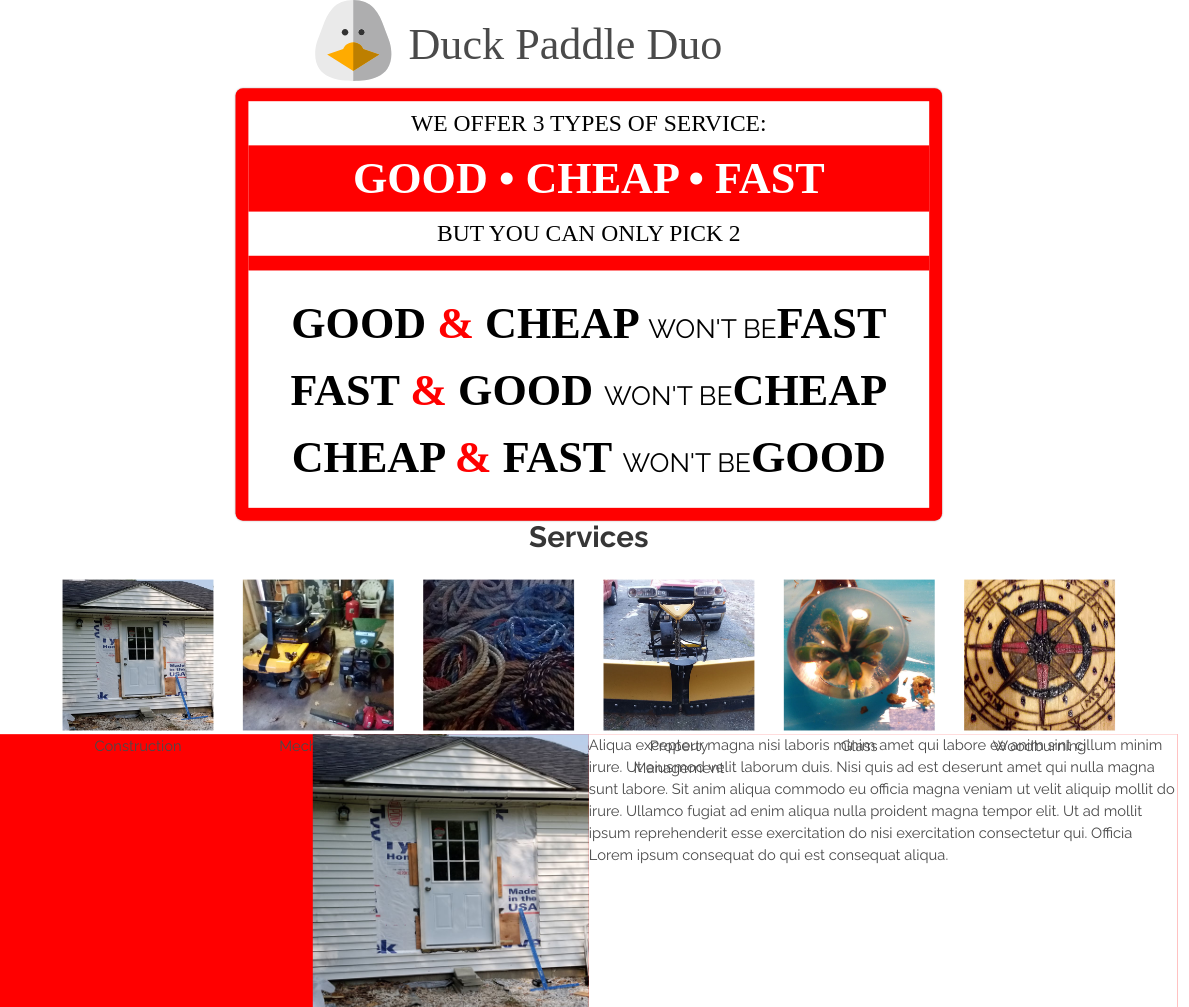
Repository: toddmcbrearty/duckpaddleduo
Page: /
These files come from the project's save history. The page is drawn as it stood at one moment and after the next save; the edit follows.
The browser window is 1280 px wide. The page is 1292 px wide, then 1280 px, so the pictures cover 1292 px, including what lies to the right of the window. The pictures show the whole page, at 92% of full size.
Some web fonts or font styles are not loaded; a fallback is used. The project was rebuilt for these pictures with package versions that can differ from the ones it lists, and the page was loaded fresh each time.

Above is the page before, as saved 2018-12-11 14:53:12.

### index.html
<!DOCTYPE html>
<html>
  <head>
    <meta charset="utf-8">
    <meta name="viewport" content="width=device-width,initial-scale=1.0">
    <title>duckpaddleduo</title>
  </head>
  <body>
    <div id="app"></div>
    <!-- built files will be auto injected -->
  </body>
</html>

### src/App.vue
<template>
  <div>
    <logo/>
    <call-board/>
    <services/>
    <hero-section section="construction"/>
  </div>
</template>

<script>
import CallBoard from "./components/CallBoard";
import Logo from "./components/Logo";
import Services from "./components/Services";
import HeroSection from "./components/HeroSection";

export default {
  name: "App",

  components: { CallBoard, Logo, Services, HeroSection }
};
</script>

<style lang="scss">
@import "./assets/scss/bootstrap.scss";

.hero-items {
  display: flex;
  flex-direction: column;
}
</style>

### src/router/index.js
import Vue from 'vue';
import Router from 'vue-router';
import Services from '@/components/Services';

Vue.use(Router);

export default new Router({
  routes: [
    {
      path: '/',
      name: 'Services',
      component: Services,
    },
  ],
});

### src/assets/scss/bootstrap.scss
@import './variables';
@import 'bulma/bulma.sass';
@import url('https://fonts.googleapis.com/css?family=Condiment|Delius+Unicase:400,700|Raleway:300,400,700|Source+Sans+Pro:300,400,700');

@mixin font-condiment {
  font-family: 'Condiment', cursive;
}

@mixin font-delius {
  font-family: 'Delius Unicase', cursive;
}

@mixin font-source-sans {
  font-family: 'Source Sans Pro', sans-serif;
}

@mixin raleway {
  font-family: 'raleway', sans-serif;
}

.raleway {
  @include raleway;
}

.font-condiment {
  @include font-condiment;
}

.font-delius {
  @include font-delius;
}

.font-source-sans {
  @include font-source-sans;
}

body {
  @include raleway;
  font-size: 300;
}

### src/assets/scss/_variables.scss
// SASS style sheet */
// Palette color codes */
// Palette URL: http://paletton.com/#uid=7000u0kwi++bu++hX++++rd++kX */

// Feel free to copy&paste color codes to your application */

// As hex codes */

$primary-0: #ff0000; // Main Primary color */
$color-primary-1: #ffa4a4;
$primary: #ff7070;
$color-primary-3: #d90000;
$color-primary-4: #a70000;

$warning: #ff7400; // Main Secondary color (1) */
$color-secondary-1-1: #ffcda4;
$color-secondary-1-2: #ffb170;
$color-secondary-1-3: #d96200;
$color-secondary-1-4: #a74c00;

$link: #00ffff; // Main Secondary color (2) */
$color-secondary-2-1: #a4ffff;
$color-secondary-2-2: #70ffff;
$color-secondary-2-3: #008282;
$color-secondary-2-4: #006464;

$success: #00ff00; // Main Complement color */
$color-complement-1: #a4ffa4;
$color-complement-2: #70ff70;
$color-complement-3: #00ad00;
$color-complement-4: #008500;

// As RGBa codes */

$rgba-primary-0: rgba(255, 0, 0, 1); // Main Primary color */
$rgba-primary-1: rgba(255, 164, 164, 1);
$rgba-primary-2: rgba(255, 112, 112, 1);
$rgba-primary-3: rgba(217, 0, 0, 1);
$rgba-primary-4: rgba(167, 0, 0, 1);

$rgba-secondary-1-0: rgba(255, 116, 0, 1); // Main Secondary color (1) */
$rgba-secondary-1-1: rgba(255, 205, 164, 1);
$rgba-secondary-1-2: rgba(255, 177, 112, 1);
$rgba-secondary-1-3: rgba(217, 98, 0, 1);
$rgba-secondary-1-4: rgba(167, 76, 0, 1);

$rgba-secondary-2-0: rgba(0, 255, 255, 1); // Main Secondary color (2) */
$rgba-secondary-2-1: rgba(164, 255, 255, 1);
$rgba-secondary-2-2: rgba(112, 255, 255, 1);
$rgba-secondary-2-3: rgba(0, 130, 130, 1);
$rgba-secondary-2-4: rgba(0, 100, 100, 1);

$rgba-complement-0: rgba(0, 255, 0, 1); // Main Complement color */
$rgba-complement-1: rgba(164, 255, 164, 1);
$rgba-complement-2: rgba(112, 255, 112, 1);
$rgba-complement-3: rgba(0, 173, 0, 1);
$rgba-complement-4: rgba(0, 133, 0, 1);

// Generated by Paletton.com © 2002-2014 */
// http://paletton.com */

### src/components/CallBoard.vue
<template>
  <div class="call-board is-flex" :class="pos">
    <div class="board">
      <div class="content">
        <div class="top has-text-centered">
          <div class="call-title">We offer 3 types of service:</div>
          <div class="g-c-f font-delius">GOOD • CHEAP • FAST</div>
          <div class="call-title">But you can only pick 2</div>
        </div>
        <div class="call-tag">
          <div class="has-text-centered">
            <span class="call">
              Good
              <span class="amper"></span> Cheap
            </span>
            <span class="to">won't be</span>
            <span class="action">Fast</span>
          </div>
          <div class="has-text-centered">
            <span class="call">
              Fast
              <span class="amper"></span> Good
            </span>
            <span class="to">won't be</span>
            <span class="action">Cheap</span>
          </div>
          <div class="has-text-centered">
            <span class="call">
              Cheap
              <span class="amper"></span> Fast
            </span>
            <span class="to">won't be</span>
            <span class="action">Good</span>
          </div>
        </div>
      </div>
    </div>
  </div>
</template>

<script>
export default {
  name: "CallBoard",

  props: {
    position: {
      default: "centered"
    }
  },

  data() {
    return {
      pos: ""
    };
  },

  created() {
    this.pos = this.position;
  }
};
</script>

<style lang="scss" >
@import "../assets/scss/bootstrap.scss";

.call-board {
  justify-content: flex-start;

  &.right {
    justify-content: flex-end !important;
  }
  &.centered {
    justify-content: center !important;
  }
  color: black;

  .board {
    box-shadow: 0 0 2px rgb(160, 160, 160);
    border-radius: 8px;
    width: 16em;
    background: red;
    border-radius: 8px;
    padding: 0.3em;
    text-transform: uppercase;
    font-size: 3em;
    border: 3px white;

    .call-title {
      @include font-delius;
      font-size: 1.6rem;
      padding: 0.3rem 0;
    }

    .call-tag {
      padding: 1.2rem 0;
      border-top: 1rem solid red;
    }

    .content {
      background: white;
    }

    .g-c-f {
      font-weight: 700;
      background: red;
      color: white;
    }

    .call,
    .action {
      @include font-delius;
      font-weight: 700;
    }

    .to {
      font-size: 0.6em;
    }

    .amper {
      &::after {
        content: "&";
        color: red;
      }
    }
  }
}
</style>

### src/components/Logo.vue
<template>
  <div class="logo is-flex" :class="pos">
    <span class="title-container is-flex">
      <figure class="logo-image">
        <img src="../assets/images/duck-head.svg" class="logo-image">
      </figure>
      <span class="logo-title">Duck Paddle Duo</span>
    </span>
  </div>
</template>

<script>
export default {
  name: "Logo",

  props: {
    position: {
      default: "centered"
    }
  },

  data() {
    return {
      pos: ""
    };
  },

  created() {
    this.pos = this.position;
  }
};
</script>

<style lang="scss" scoped>
@import "../assets/scss/bootstrap.scss";

.logo {
  justify-content: flex-start;

  &.right {
    justify-content: flex-end !important;
  }
  &.centered {
    justify-content: center !important;
  }
  .title-container {
    flex: 0 0 600px;
    $img-size: 6em;
    $gap: 0.5em;
    align-content: center;

    .logo-image {
      margin-right: $gap;
    }

    .logo-title {
      align-content: center;

      @include font-delius;
      font-size: 3rem;
      letter-spacing: normal;
      margin-bottom: 0;
      padding-bottom: 0;
    }

    figure {
      width: $img-size;
      height: $img-size;
    }
  }
}
</style>

### src/components/Services.vue
<template>
  <section class="is-flex service-container">
    <div class="title has-text-centered">Services</div>
    <div class="columns services">
      <div class="is-2 service" v-for="service in services" :key="service.name">
        <figure class="image is-square">
          <figcaption v-text="service.name"></figcaption>
          <img class :src="`../../static/images/services/${service.image}`">
        </figure>
      </div>
    </div>
  </section>
</template>

<script>
import store from "../store.js";

export default {
  name: "Services",

  data() {
    return {
      services: store.services
    };
  }
};
</script>

<style lang="scss">
@import "../assets/scss/bootstrap.scss";
.service-container {
  flex-direction: column;

  .title {
    text-transform: capitalize;
  }

  .services {
    justify-content: center;

    .service {
      $image-size: 164px;

      padding: 1em;

      .image {
        width: $image-size;
        height: $image-size;

        figcaption {
          text-align: center;
          text-transform: capitalize;
          padding: 0.3em 0;
        }
      }
    }
  }
}
</style>

### src/components/HeroSection.vue
<template>
  <div class="hero-section is-flex" :class="{'reversed': isReversed}">
    <div class="text" v-html="getText"></div>
    <div>
      <figure class="image">
        <img :src="getImage">
      </figure>
    </div>
  </div>
</template>

<script>
import store from "../store.js";

export default {
  name: "HeroSection",

  props: ["section", "reversed"],

  data() {
    return {
      services: store.services,
      isReversed: true
    };
  },

  computed: {
    getText() {
      const service = this.services.filter(
        service => service.name === this.section
      );

      return service[0].description;
    },
    getImage() {
      const service = this.services.filter(
        service => service.name === this.section
      );

      return `../../static/images/services/${service[0].image}`;
    }
  }
};
</script>

<style lang="scss" scoped>
.hero-section {
  background: red;
  height: 300px;

  .text {
    background: white;
    flex: 0 0 50%;

    &::before {
      content: " ";
      position: absolute;
      display: block;
      width: 100%;
      height: 100%;
      top: 0;
      left: 0;
      z-index: -1;
      background: white;
      transform-origin: bottom left;
      -ms-transform: skew(30deg, 0deg);
      -webkit-transform: skew(30deg, 0deg);
      transform: skew(30deg, 0deg);
    }
  }

  .image {
    flex: 0 0 50%;
    width: 100%;
    height: 100%;

    img {
      width: 100%;
      height: 100%;
    }
  }
}
.reversed {
  flex-direction: row-reverse;
}
</style>

### src/store.js
const store = {
  company: {
    logo: 'duck-head.svg',
    tag: 'We can do anything!',
    name: 'Duck Puddle Duo',
    abbr: 'DPD',
    address: '52 Duck Puddle RD',
    city: 'Nobleboro',
    state: 'ME',
    postalcode: '04555',
    phoneNumbers: ['207 624 1147', '207 624 1847'],
    email: {
      primary: 'duckpuddleduo@gmail.com',
    },
  },
  services: [
    {
      name: 'construction',
      image: 'construction.jpg',
      description:
        'Aliqua excepteur magna nisi laboris minim amet qui labore ea anim sint cillum minim irure. Ut eiusmod velit laborum duis. Nisi quis ad est deserunt amet qui nulla magna sunt labore. Sit anim aliqua commodo eu officia magna veniam ut velit aliquip mollit do irure. Ullamco fugiat ad enim aliqua nulla proident magna tempor elit. Ut ad mollit ipsum reprehenderit esse exercitation do nisi exercitation consectetur qui. Officia Lorem ipsum consequat do qui est consequat aliqua.',
      breakdown: [
        'Custom Carpentry',
        'Masonry',
        'Roofing',
        'Decks',
        'Remodeling',
        'Plumbing',
        'Honey-do list',
      ],
    },
    {
      name: 'mechanical',
      image: 'mechanical.jpg',
      description:
        'Nulla ea aliqua ea id dolor dolor Lorem. Consectetur ullamco aliqua excepteur in pariatur id pariatur eu. Sunt elit id minim ad incididunt consectetur excepteur aute minim Lorem proident. Voluptate eu ex aliquip eiusmod dolor laborum amet laborum enim anim aliqua nulla magna.',
      breakdown: [
        'Service and repair of snowblowers',
        'generators',
        'log splitters',
        'weed wackers',
        'lawnmowers',
        'tractors',
        'heavy equipment and more. We also offer fabrication welding',
      ],
    },
    {
      name: 'rope/sewing',
      image: 'rope.jpg',
      description:
        'Dolor qui officia culpa magna consequat veniam duis culpa labore magna aliqua do tempor non. Esse commodo pariatur sunt reprehenderit ipsum non. Irure non mollit proident nulla tempor fugiat velit culpa.',
      breakdown: ['Custom Fyke nets', 'lobster rope doormats'],
    },
    {
      name: 'property management',
      image: 'property-management.jpg',
      description:
        'Pariatur aliquip do aliquip reprehenderit consequat proident elit in. Laboris commodo elit consectetur culpa esse enim ea non fugiat id eu aute ipsum commodo. Proident laboris incididunt veniam adipisicing duis ex.',
    },
    {
      name: 'glass',
      image: 'glass.jpg',
      description:
        'Nulla ullamco eiusmod cupidatat dolor ex ea. Consequat pariatur laborum velit nulla ad et sunt nulla aliquip. In officia qui culpa enim reprehenderit et ipsum excepteur minim sint sint. Tempor exercitation do dolore aliqua qui anim laborum magna.',
      breakdown: [
        'Lampwork-handmade beads',
        'pendants',
        'wine stoppers',
        'ornaments',
        'cremation pendants',
        'window hangers and more. If you can dream it',
        'we can make it… Stained Glass- custom designs made to order',
      ],
    },
    {
      name: 'woodburning',
      image: 'wood-burning.jpg',
      description:
        'Ex minim adipisicing laborum culpa est. Lorem irure qui velit officia laboris. Esse eiusmod tempor amet anim proident.',
      breakdown: ['Custom signs made to order in any shape or size.'],
    },
  ],

  employees: {
    owners: ['Lawrence Friend Jr.', 'Emerald Friend'],
  },
};

export default store;

Loaded but not shown: src/main.js (common file)

After the next save:
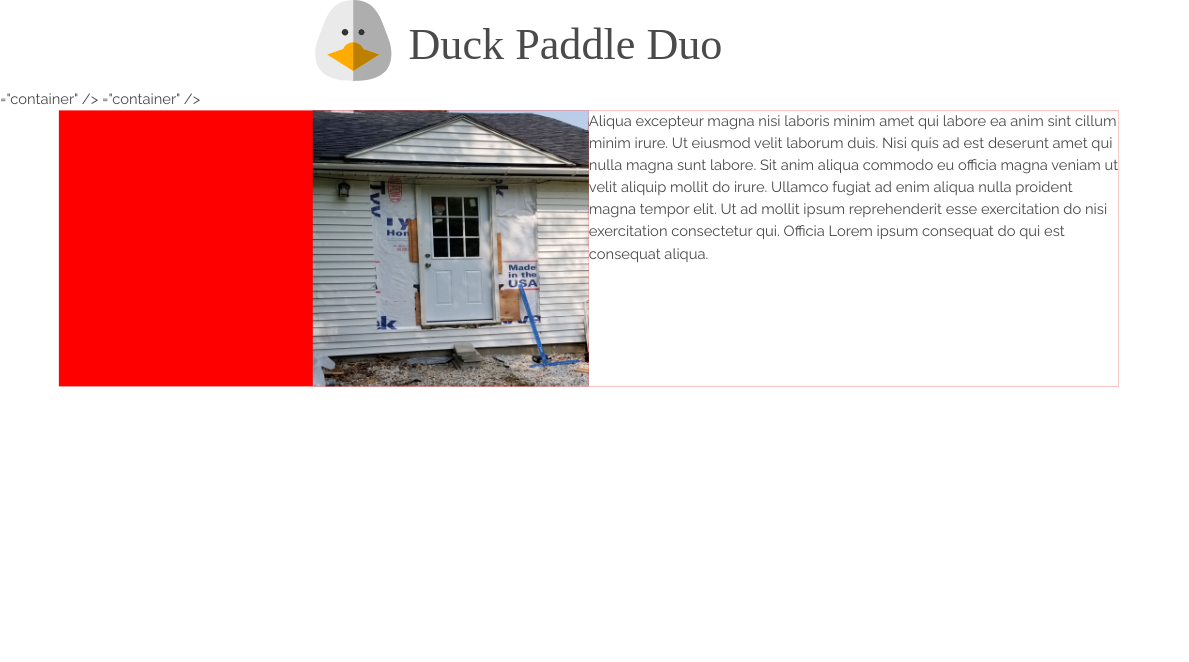
Saved 47 s later.
--- a/src/App.vue
+++ b/src/App.vue
@@ -1,9 +1,8 @@
 <template>
   <div>
-    <logo/>
-    <call-board/>
-    <services/>
-    <hero-section section="construction"/>
+    <logo/><call-boardclass="container" />
+    <servicesclass="container" />
+    <hero-section class="container" section="construction"/>
   </div>
 </template>
 
